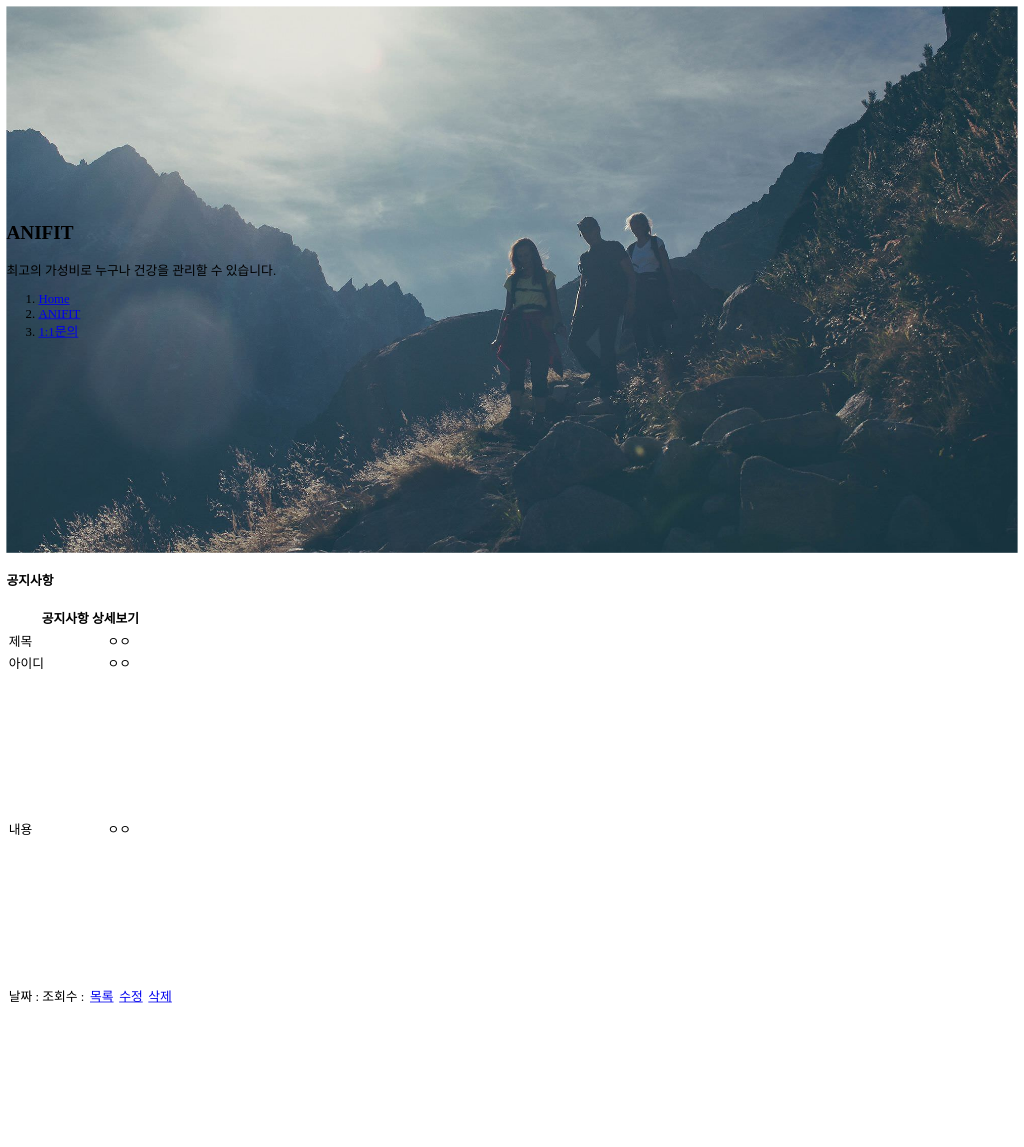
Repository: sjhello/Kitri_SpringProject
Page: http://localhost/SpringProject/WEB-INF/views/notice/notice-detail.jsp
The author's editor kept a copy of each file at every save. The page is drawn from the files as they stood at one save, then again after the next save.
The browser window is 1280 px wide. The pictures show the whole page, at 80% of full size.
The page is served by Tomcat 9. Nobody is signed in. The template is opened directly, without the code that normally fills it, so the values that code supplies are empty.

Above is the page before, as saved 2018-12-04 04:56:11.

After the next save:
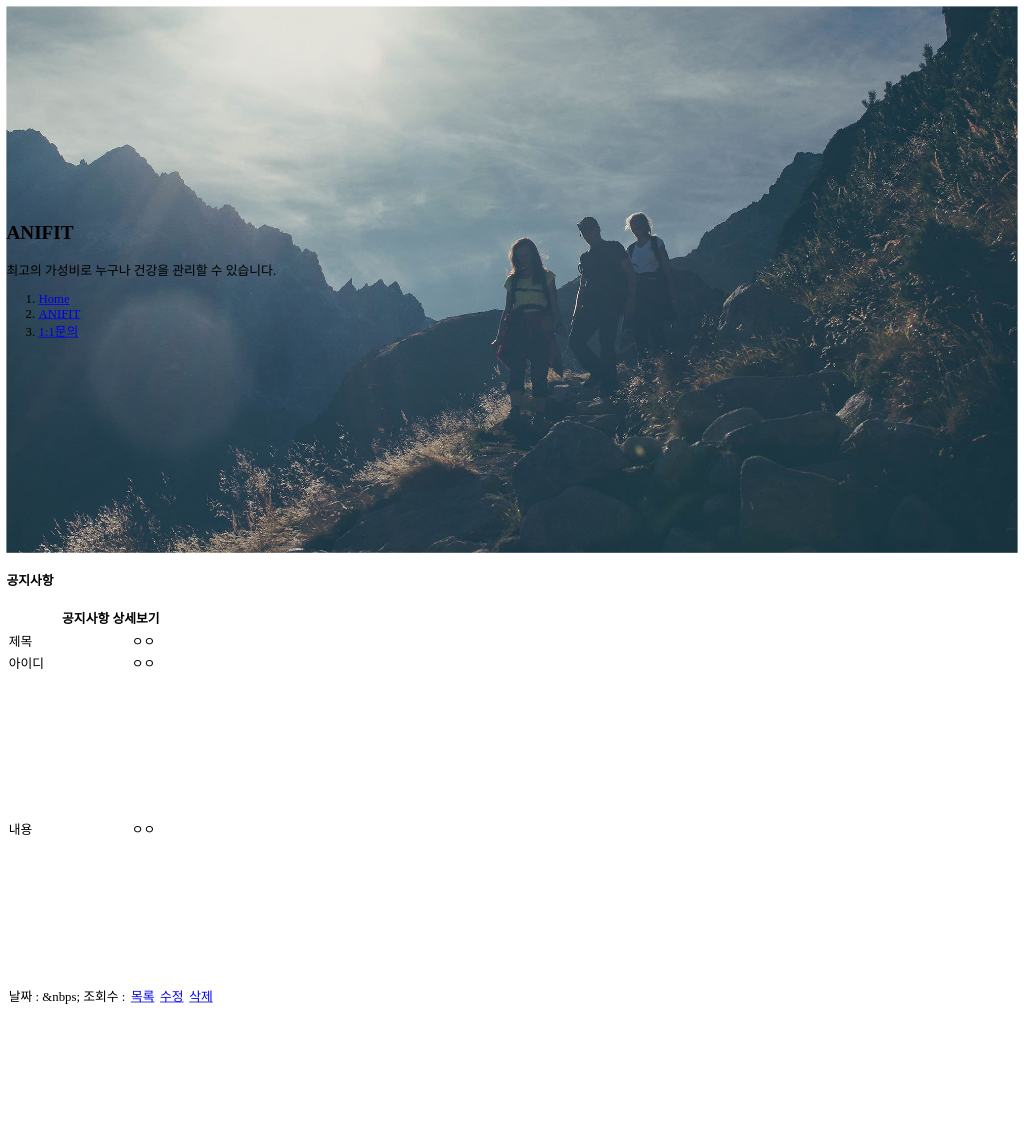
Saved 34 s later.
--- a/SpringProject/src/main/webapp/WEB-INF/views/notice/notice-detail.jsp
+++ b/SpringProject/src/main/webapp/WEB-INF/views/notice/notice-detail.jsp
@@ -42,7 +42,7 @@
 							</tr>
 							<tr>
 								<td colspan="2">
-								날짜 :    조회수 :
+								날짜 :    &nbps; 조회수 :
 									<a href="qa11.do" class="btn btn-secondary btn-sm fright" style=" margin-left: 3px; ">목록</a>
 									<a href="qaUpdate11.do" class="btn btn-secondary btn-sm fright" style=" margin-left: 3px; ">수정</a>
 									<a href="qa11.do" class="btn btn-secondary btn-sm fright" style=" margin-left: 3px; ">삭제</a>

After the 2 saves that followed:
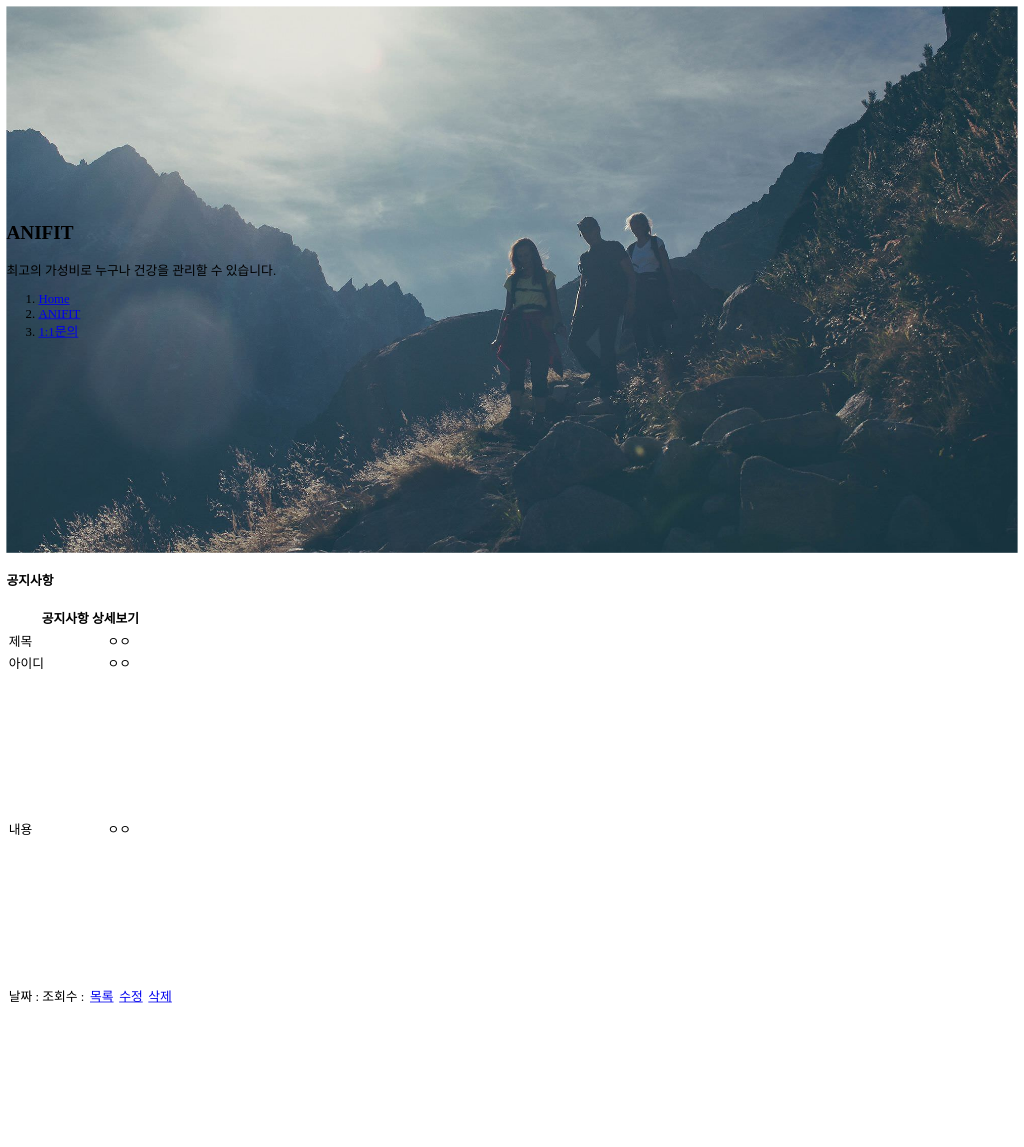
The 2 saves are shown as one change because 1 left the picture as it was.
The last was saved 2 min 15 s later.
--- a/SpringProject/src/main/webapp/WEB-INF/views/notice/notice-detail.jsp
+++ b/SpringProject/src/main/webapp/WEB-INF/views/notice/notice-detail.jsp
@@ -42,7 +42,7 @@
 							</tr>
 							<tr>
 								<td colspan="2">
-								날짜 :    &nbps; 조회수 :
+								날짜 :  조회수 :
 									<a href="qa11.do" class="btn btn-secondary btn-sm fright" style=" margin-left: 3px; ">목록</a>
 									<a href="qaUpdate11.do" class="btn btn-secondary btn-sm fright" style=" margin-left: 3px; ">수정</a>
 									<a href="qa11.do" class="btn btn-secondary btn-sm fright" style=" margin-left: 3px; ">삭제</a>
